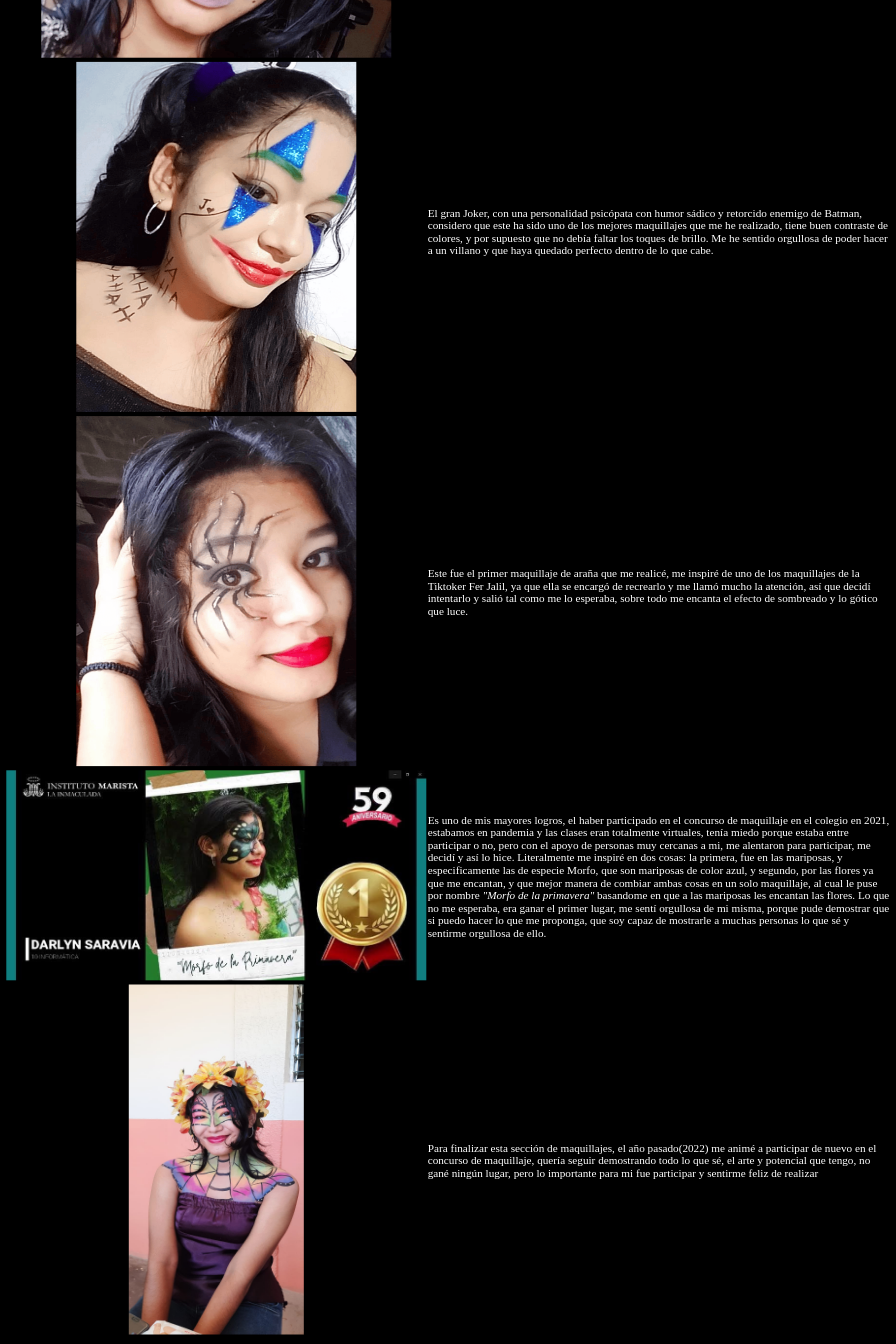
Repository: darlyn-saravia27/portafolio-darlynsaravia
Page: archivoshtml/maquillaje.html
An editor plug-in stored every save of this project. The page is shown before and after the next save, followed by the edit.
The browser window is 1280 px wide. The pictures show the part of the page from y = 3088 to 5008 px (the page is 5008 px tall), at 70% of full size.

Above is the page before, as saved 2023-03-07 02:29:05.

After the next save:
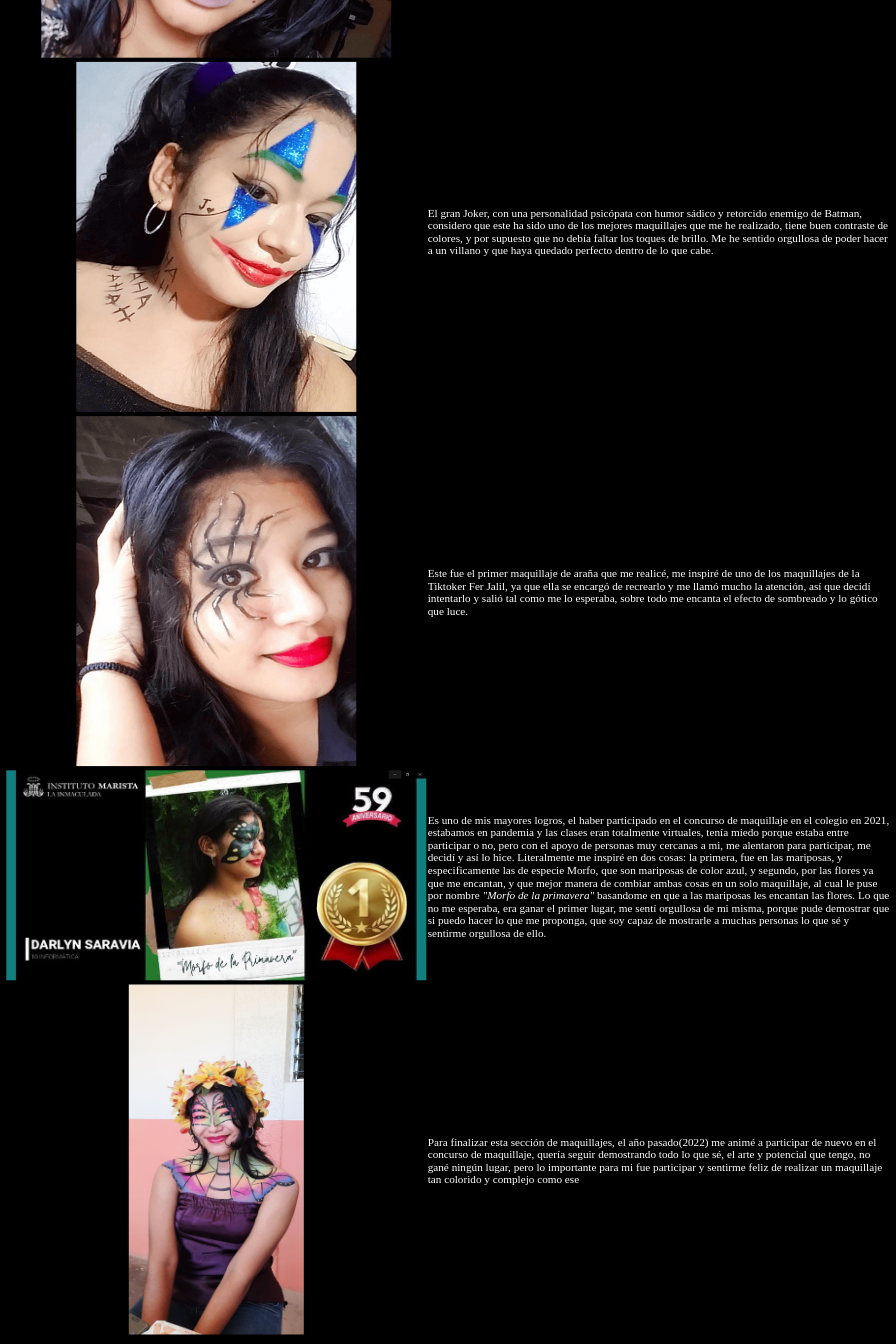
Saved 13 s later.
--- a/archivoshtml/maquillaje.html
+++ b/archivoshtml/maquillaje.html
@@ -162,7 +162,7 @@
             <td><font color="white">Para finalizar esta sección de maquillajes, el año pasado(2022)
                 me animé a participar de nuevo en el concurso de maquillaje, quería seguir demostrando todo
                 lo que sé, el arte y potencial que tengo, no gané ningún lugar, pero lo importante para mi
-                fue participar y sentirme feliz de realizar
+                fue participar y sentirme feliz de realizar un maquillaje tan colorido y complejo como ese
             </font></td>
             <br>
             <br>
